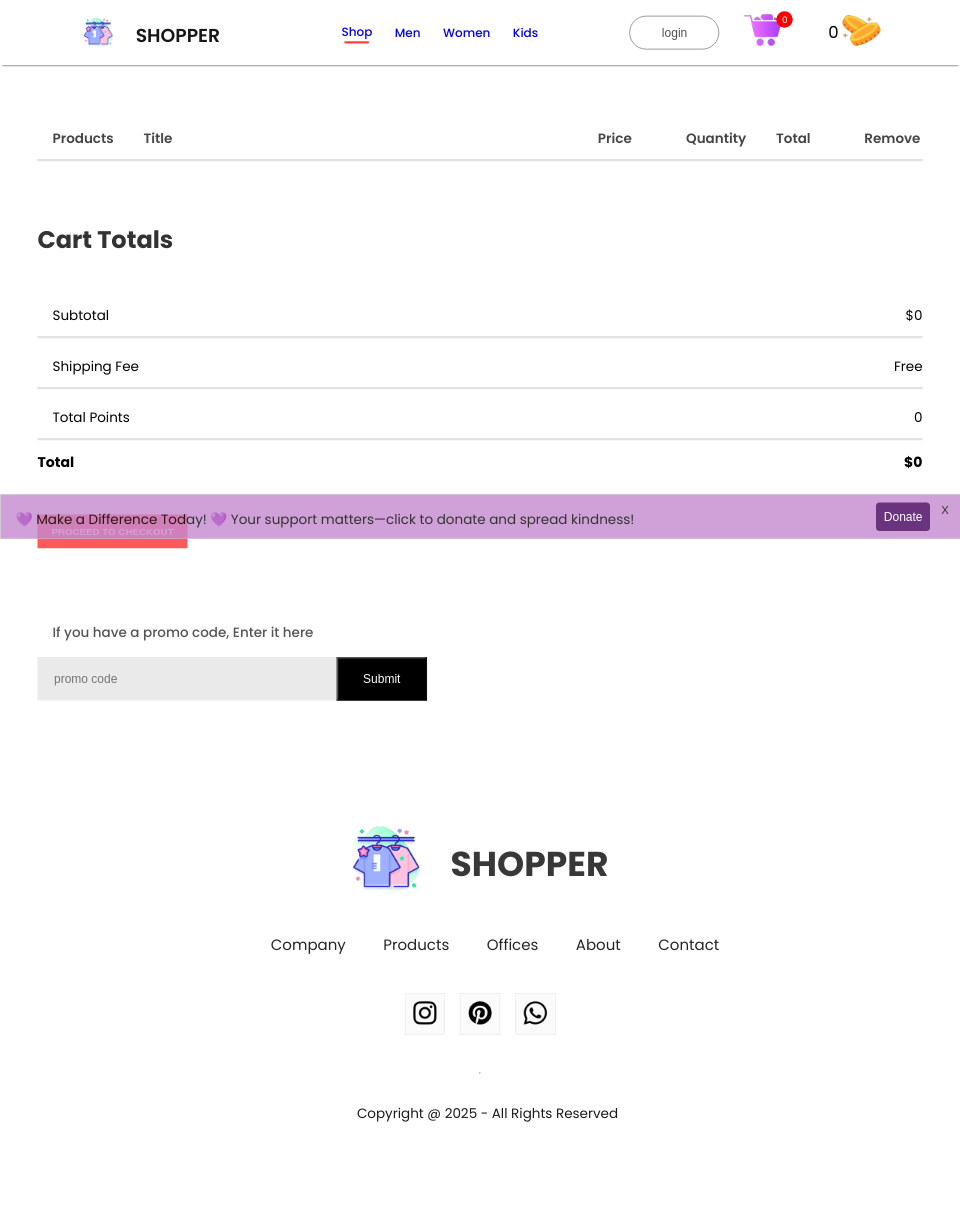
Repository: PayalJakhar/Shoppers-E-commerce-Website
Page: /cart (app in frontend/)
An editor plug-in stored every save of this project. The page is shown before and after the next save, followed by the edit.
The browser window is 1280 px wide. The pictures show the whole page, at 75% of full size.
The page's requests for data from a server got no answer. The project was rebuilt for these pictures with package versions that can differ from the ones it lists, and the page was loaded fresh each time. No one was signed in, and anything a server would have sent is missing. Also part of the build but not shown: frontend/src/App.css, frontend/src/Components/Hero/Hero.css, frontend/src/Components/Hero/Hero.jsx, frontend/src/Components/Popular/Popular.css, frontend/src/Components/Item/Item.css, frontend/src/Components/Item/Item.jsx, frontend/src/Components/Popular/Popular.jsx, frontend/src/Components/Offers/Offers.css and 21 more.

Above is the page before, as saved 2025-02-07 23:30:24.

### frontend/src/index.css
*{
  margin:0;
}
body {
  margin: 0;
  font-family: -apple-system, BlinkMacSystemFont, 'Segoe UI', 'Roboto', 'Oxygen',
    'Ubuntu', 'Cantarell', 'Fira Sans', 'Droid Sans', 'Helvetica Neue',
    sans-serif;
  -webkit-font-smoothing: antialiased;
  -moz-osx-font-smoothing: grayscale;
  font-family:'poppins';
}

code {
  font-family: source-code-pro, Menlo, Monaco, Consolas, 'Courier New',
    monospace;
}

### frontend/src/Components/Navbar/Navbar.jsx
import React, { useContext, useState, useRef } from 'react';
import { Link } from 'react-router-dom';
import './Navbar.css';
import logo from '../Assets/Frontend_Assets/logo.png';
import cart_icon from '../Assets/Frontend_Assets/cart_icon.png';
import coin_icon from '../Assets/Frontend_Assets/coin_icon.png';
import { ShopContext } from '../../Context/ShopContext';
import nav_dropdown from '../Assets/Frontend_Assets/nav_dropdown.png'

export default function Navbar() {
    const [menu, setMenu] = useState('shop');
    const {getTotalCartItems} = useContext(ShopContext);
    const menuRef = useRef();

    const dropdown_toggle = (e) =>{
        menuRef.current.classList.toggle('nav-menu-visible');
        e.target.classList.toggle('open');
    }


    return (
        <div className="navbar">
            <div className="nav-logo">
                <img src={logo} alt="" />
                <p> SHOPPER</p>
            </div>
            <img  className='nav-dropdown' onClick={dropdown_toggle} src={nav_dropdown} alt=""/>
            <ul ref={menuRef} className="nav-menu">
                <li onClick={() => { setMenu('shop') }}><Link style={{textDecoration:'none'}} to='/'>Shop</Link>{menu === 'shop' ? <hr /> : <></>}</li>
                <li onClick={() => { setMenu('mens') }}><Link style={{textDecoration:'none'}} to='/mens'>Men</Link>{menu === 'mens' ? <hr /> : <></>}</li>
                <li onClick={() => { setMenu('women') }}><Link style={{textDecoration:'none'}} to='/women'>Women</Link>{menu === 'women' ? <hr /> : <></>}</li>
                <li onClick={() => { setMenu('kids') }}><Link style={{textDecoration:'none'}} to='/kids'>Kids</Link>{menu === 'kids' ? <hr /> : <></>}</li>
            </ul>
            <div className="nav-login-cart">
                {localStorage.getItem('auth-token')?<button onClick={()=>{localStorage.removeItem('auth-token');window.location.replace('/')}}>Logout</button>:<Link style={{textDecoration:'none'}} to='/login'><button>login</button></Link>}
                <Link style={{textDecoration:'none'}} to='/cart'><img src={cart_icon} alt="" /></Link>
                <div className="nav-cart-count">{getTotalCartItems()}</div>
            </div>
            <div className="nav-coin-count">0</div>
            <div className="nav-login-coin">
            <img src={coin_icon} alt="" />
            </div>
        </div>
    )
}

### frontend/src/Pages/Cart.jsx
import React from 'react'
import CartItems from '../Components/CartItems/CartItems'

export default function Cart() {
  return (
    <div>
      <CartItems/>
    </div>
  )
}

### frontend/src/Components/Footer/Footer.jsx
import React from 'react'
import './Footer.css'
import footer_logo from '../Assets/Frontend_Assets/logo_big.png'
import instagram_icon from '../Assets/Frontend_Assets/instagram_icon.png'
import pintester_icon from '../Assets/Frontend_Assets/pintester_icon.png'
import whatsapp_icon from '../Assets/Frontend_Assets/whatsapp_icon.png'
export default function Footer() {
  return (
    <div className='footer'>
        <div className="footer-logo">
            <img src={footer_logo} alt=""/>
            <p>SHOPPER</p>
        </div>
        <ul className="footer-links">
            <li>Company</li>
            <li>Products</li>
            <li>Offices</li>
            <li>About</li>
            <li>Contact</li>
        </ul>
        <div className="footer-social-icon">
            <div className="footer-icons-container">
                <img src={instagram_icon} alt=""/>
            </div>
            <div className="footer-icons-container">
                <img src={pintester_icon} alt=""/>
            </div>
            <div className="footer-icons-container">
                <img src={whatsapp_icon} alt=""/>
            </div>
        </div>
        <div className="footer-copyright">
            <hr/>
            <p>Copyright @ 2025 - All Rights Reserved</p>
        </div>
    </div>
  )
}

### frontend/src/Components/Donate/Donate.jsx
import React, { useState } from 'react';
import { Link } from 'react-router-dom';
import './Donate.css';

const Donate = () => {
  const [value, setValue] = useState('flex');
  const [isOpen, setIsOpen] = useState(false);

  const openModal = () => {
    setIsOpen(true);
    setValue('none');
  };

  const closeModal = () => {
    setIsOpen(false);
    setValue('flex');
  };

  return (
    <>
      <div className='donates' style={{ display: value }}>
        <p>💜 Make a Difference Today! 💜 Your support matters—click to donate and spread kindness!</p>
        <div className='donate-ins'>
          <button className='paras' onClick={openModal}>Donate</button>
          <button className='texts' onClick={() => setValue('none')}>X</button>
        </div>
      </div>
      {isOpen && (
        <div className="modals">
          <div className="modal-contents">
            <span className="closes" onClick={closeModal}>&times;</span>
            <h2>🌼 Donate & Earn Rewards! 🌼</h2>
            <ul>
              <li>✔ Support a Cause: Your donations go directly to trusted NGOs, making a real impact</li>
              <li>✔ Minimum 5 Items: Donate at least 5 clothes to contribute</li>
              <li>✔ Earn Rewards: Get 100 points per donation—stack up to 500 points to unlock exclusive discounts & coupons!</li>
              <li>✔ Quality Matters: Clothes should have no more than 20% damage—let's keep it wearable for those in need!</li>
              💙 Give. Earn. Save. Start donating today!
            </ul>
            <button className="donate-buttons" onClick={()=>{setValue('none');setIsOpen(false)}}>
              <Link style={{ textDecoration: 'none', color:'white'}} to='/donation'>Donate Now</Link>
            </button>
          </div>
        </div>
      )}
    </>
  );
}

export default Donate;

### frontend/src/Components/Navbar/Navbar.css
.navbar{
    display:flex;
    justify-content:space-around;
    padding:16px;
    box-shadow:0 1px 3px -2px black;
    align-items: center;
}

.nav-logo{
    display:flex;
    align-items:center;
    gap:10px;
}

.nav-logo p{
    color: #171717;
    font-size: 38px;
    font-weight:600;
}

.nav-menu{
    display:flex;
    align-items:center;
    list-style:none;
    gap:50px;
    color: #626262;
    font-size:20px;
    font-weight: 500;
}

.nav-menu li{
    display:flex;
    flex-direction:column;
    align-items:center;
    justify-content:center;
    cursor:pointer;
}

.nav-menu hr{
    border:none;
    width:80%;
    height:3px;
    border-radius:10px;
    background: #FF4141;
}

.nav-login-cart{
    display:flex;
    align-items:center;
    gap:45px;
}

.nav-login-cart button{
    width:157px;
    height:58px;
    outline:none;
    border:1px solid #7a7a7a;
    border-radius:75px;
    color:#515151;
    font-size:20px;
    font-weight:500;
    background:white;
    cursor:pointer;
}

.nav-login-cart button:hover{
    background:#f3f3f3;
}

.nav-cart-count{
    width:22px;
    height:22px;
    display:flex;
    justify-content:center;
    align-items:center;
    margin-top:-35px;
    margin-left:-55px;
    border-radius:11px;
    font-size:14px;
    background:red;
    color:white;
}

.nav-dropdown{
    display: none;
}
.nav-coin-count{
    width:22px;
    height:35px;
    margin-left:-75px;
    margin-right:-125px;
    font-size:22px;
}

.nav-login-coin{
    margin-right:-5px;
}
/* here we are making it responsive for max-width: 1280px */

@media(max-width: 1280px){
    .navbar{
        padding: 12px 50px;
    }

    .nav-logo img{
        width: 40px;
    }
    .nav-logo p{
        font-size: 25px;
    }
    .nav-menu{
        gap: 30px;
        font-size: 16px;
    }
    .nav-login-cart{
        gap: 30px;
    }
    .nav-login-cart button{
        width: 120px;
        height: 45px;
        font-size: 16px;
    }
    .nav-cart-count{
        margin-left: -40px;
        font-size: 12px;
    }
}

@media(max-width: 1024px){
    .navbar{
        padding: 12px 30px;
    }

    .nav-menu{
        gap: 25px;
        font-size: 14px;
    }
    .nav-login-cart button{
        width: 80px;
        height: 35px;
        font-size: 14px;
    }
    .nav-cart-count{
        width: 18px;
        height: 18px;
    }
    .nav-login-cart img{
        width: 30px;
    }
}

@media(max-width: 800px){
    .navbar{
        padding: 10px 0px;
    }

    .nav-dropdown{
        display: block;
        width: 30px;
        rotate: -90deg;
        transition: 0.5s;
    }
    .nav-menu{
        display: none;
        height: 80px;
        width: 100%;
        position: absolute;
        background-color: white;
        justify-content: center;
        top: 50px;
    }
    .nav-menu-visible{
        display: flex;
    }
    .nav-dropdown.open{
        transform: rotate(90deg);
    }
}


@media(max-width: 500px){
    .navbar{
        padding: 8px 0px;
        gap: 0;
    }

    .nav-logo{
       transform: scale(0.8);
    }
    .nav-menu{
        height: 70px;
        top: 50px;
        display: none;
    }
    .nav-login-cart{
        transform: scale(0.8);
    }
    .nav-menu-visible{
        display: flex;
    }
    .nav-dropdown.open{
        transform: rotate(90deg);
    }
}

### frontend/src/Components/CartItems/CartItems.jsx
import React, { useContext } from 'react';
import './CartItems.css';
import { ShopContext } from '../../Context/ShopContext';
import remove_icon from '../Assets/Frontend_Assets/cart_cross_icon.png';

const CartItems = () => {
    const { getTotalCartAmount, all_product, cartItems, removeFromCart } = useContext(ShopContext);
    return (
        <div className='cartitems'>
            <div className="cartitems-format-main">
                <p>Products</p>
                <p>Title</p>
                <p>Price</p>
                <p>Quantity</p>
                <p>Total</p>
                <p>Remove</p>
            </div>
            <hr />
            {all_product.map((e) => {
                if (cartItems[e.id] > 0) {
                    return (
                        <div key={e.id}>
                            <div className="cartiitems-format cartitems-format-main">
                                <img src={e.image} alt="" className='carticon-product-icon' />
                                <p>{e.name}</p>
                                <p>${e.new_price}</p>
                                <button className='cartitems-quantity'>{cartItems[e.id]}</button>
                                <p>${e.new_price * cartItems[e.id]}</p>
                                <img
                                    className='cartitems-remove-icon' src={remove_icon} onClick={() => { removeFromCart(e.id) }} alt="" />
                            </div>
                            <hr />
                        </div>
                    );
                }
                return null;
            })}
            <div className="cartitems-down">
                <div className="cartitems-total">
                    <h1>Cart Totals</h1>
                    <div>
                        <div className="cartitems-total-item">
                            <p>Subtotal</p>
                            <p>${getTotalCartAmount()}</p>
                        </div>
                        <hr />
                        <div className="cartitems-total-item">
                            <p>Shipping Fee</p>
                            <p>Free</p>
                        </div>
                        <hr />
                        <div className="cartitems-total-item">
                            <p>Total Points</p>
                            <p>0</p>
                        </div>
                        <hr />
                        <div className="cartitems-total-item">
                            <h3>Total</h3>
                            <h3>${getTotalCartAmount()}</h3>
                        </div>
                    </div>
                    <button>PROCEED TO CHECKOUT</button>
                </div>
                <div className="cartitems-promocode">
                    <p>If you have a promo code, Enter it here</p>
                    <div className="cartitems-promobox">
                        <input type="text" placeholder='promo code' />
                        <button>Submit</button>
                    </div>
                </div>
                <p></p>
            </div>
        </div>
    );
}

export default CartItems;

### frontend/src/Components/Footer/Footer.css
.footer{
    display: flex;
    flex-direction: column;
    justify-content: center;
    align-items: center;
    gap: 50px;
    margin-bottom:80px;
}

.footer-logo{
    display: flex;
    align-items: center;
    gap: 20px;
}

.footer-logo p{
    color: #383838;
    font-size: 46px;
    font-weight: 700;

}

.footer-links{
    display: flex;
    list-style: none;
    gap: 50px;
    color: #252525;
    font-size: 20px;
}

.footer-links li{
    cursor: pointer;
}

.footer-social-icon{
    display: flex;
    gap: 20px;
}

.footer-icons-container{
    padding: 10px;
    padding-bottom:6px;
    background: #fbfbfb;
    border: 1px solid #ebebeb;
}

.footer-copyright{
    display: flex;
    flex-direction: column;
    align-items: center;
    gap: 30px;
    width: 100%;
    margin-bottom: 30px;
    color: #1a1a1a;
    font-size: 20px;
}

.footer-copyright r{
    width: 80%;
    border: none;
    border-radius: 10px;
    height: 3px;
    background: #c7c7c7;
}

@media(max-width: 800px){
    .footer{
        gap: 20px;
    }
    .footer-lgo{
        gap: 10px;
        align-items: end;
    }
    .footer-logo img{
        width: 40px;
    }
    .footer-logo p{
        font-size: 25px;
    }
    .footer-links{
        font-size: 14px;
        gap: 10px;
    }
    .footer-social-icon img{
        width: 22px;
    }
    .footer-copyright{
        font-size: 13px;
    }
}

### frontend/src/Components/Donate/Donate.css
.donates {
    position: fixed;
    bottom:1px;
    display:flex;
    justify-content:space-between;
    width: 100%;
    background-color: rgb(197, 137, 208);
    padding: 10px 0px 10px 0px;
    border: 1px solid #ccc;
    z-index: 1000;
    opacity:0.8;
    animation: slideInUp 0.9s ease-out forwards;
}

.donate-ins{
    position:relative;
    margin-right:40px;
    display:flex;
    gap:30px;
}

p{
    padding-top:8px;
    margin-left:20px;
    weight:300;
    font-size:18px;
}

.paras {
    padding: 10px;
    margin-right:1px;
    font-size: 16px;
    border: none;
    background-color: #45015d;
    color: white;
    cursor: pointer;
    border-radius: 5px;
}

.texts{
    background-color:transparent;
    border:none;
    position: absolute;
    top: 0;
    right: -30px;
    font-size:15px;
    font-weight:500;
}

.paras:hover{
background-color: #00060a;
}

.texts:hover{
    color:white;
}

.modals {
    display: flex;
    justify-content: center;
    align-items: center;
    position: fixed;
    z-index: 1;
    left: 0;
    right:0;
    bottom:0;
    top: 0;
    width: 100%;
    height: 100%;
    background-color: rgba(0,0,0,0.5);
}

.modal-contents {
    background-color: #fefefe;
    margin: 15% auto;
    padding: 20px;
    border: 1px solid #888;
    width: 80%;
    border-radius: 10px;
    text-align: center;
    box-shadow: 0 4px 8px rgba(0,0,0,0.2);
}

.closes {
    color: #aaa;
    float: right;
    font-size: 28px;
    font-weight: bold;
}

.closes:hover,
.closes:focus {
    color: black;
    text-decoration: none;
    cursor: pointer;
}

.donate-buttons {
    background-color: #802ea5;
    color: white;
    padding: 10px 20px;
    text-align: center;
    text-decoration: none;
    display: inline-block;
    font-size: 16px;
    margin: 15px 2px 0px 2px;
    cursor: pointer;
    border-radius: 5px;
    transition: background-color 0.3s;
    border:none;
}

.donate-buttons:hover {
    background-color: #170122;

}

.open-modal-buttons {
    background-color: #ffebcd;
    color: #333;
    padding: 10px 15px;
    border: none;
    border-radius: 5px;
    cursor: pointer;
    font-size: 16px;
    margin: 20px;
    transition: background-color 0.3s;
}

.modal-contents ul {
    list-style: none;
    padding: 0;
    margin: 0;
}

.modal-contents li {
    display: flex;
    align-items: center;
    gap: 8px;
    padding: 8px 0;
    font-size: 16px;
}


.open-modal-buttons:hover {
    background-color: #f0e68c;
}


@keyframes slideInUp {
    0% {
      transform: translateY(100%);
      opacity: 0;
    }
    100% {
      transform: translateY(0);
      opacity: 0.8;
    }
  }


  @media(max-width:500px){
    .donate{
        height:50px;
        gap:2px;
    }
    p{
        font-size: 10px;
    }
    .para{
        font-size: 13px;
    }
    .text{
        font-size:12px;
    }
}

### frontend/src/Components/CartItems/CartItems.css
.cartitems{
    margin: 100px 70px;
}
.cartitems hr{
    height: 3px;
    background: #e2e2e2;
    border: 0;
}
.cartitems-format-main{
    display: grid;
    grid-template-columns: 0.5fr 2fr 1fr 1fr 1fr 1fr;
    align-items: center;
    gap: 75px;
    padding: 20px 0px;
    color: #454545;
    font-size: 18px;
    font-weight: 600;

}
.cartiitems-format{
    font-size: 17px;
    font-weight: 500;
}
.carticon-product-icon{
    height: 62px;
}
.cartitems-remove-icon{
    width: 15px;
    margin: 0px 40px;
    cursor: pointer;
}
.cartitems-quantity{
    width: 64px;
    height: 50px;
    border: 2px solid #ebebeb;
    background: #fff;
}
.cartitems-down{
    display: flex;
    margin: 100px 0px;
}
.cartitems-total{
    flex: 1;
    display: flex;
    flex-direction: column;
    margin-right: 200px;
    gap: 40px;

}
.cartitems-total-item{
    display: flex;
    justify-content: space-between;
    padding: 15px 0px;
}
.cartitems-total button{
    width: 262px;
    height: 58px;
    outline: none;
    border: none;
    background: #ff5a5a;
    color:white;
    font-size: 16px;
    font-weight: 600;
    cursor: pointer;
}
.cartitems-promocode{
    flex:1;
    display: flex;
    flex-direction: column;
    font-weight: 500;

}
.cartitems-promocode p{
    color:#555;
    margin-top: 10px;
}
.cartitems-promobox{
    width: 504px;
    margin-top: 20px;
    padding-left: 20px;
    height: 58px;
    background: #eaeaea;
}
.cartitems-promobox input{
    border: none;
    outline: none;
    background: transparent;
    font-size: 16px;
    width: 330px;
    height: 50px;
}
.cartitems-promobox button{
    width: 170px;
    height: 58px;
    font-size: 16px;
    background: black;
    color: white;
    cursor: pointer;
}

@media(max-width:1280px){
    .cartitems{
        margin: 60px 50px;
    }

    .cartitems-format-main{
        grid-template-columns: 0.5fr 3fr 0.5fr 0.5fr 0.5fr 0.5fr;
        gap: 20px;
        padding: 15px 0px;
        font-size: 15px;
    }

    .carticon-product-icon{
        height: 50px;
    }

    .cartitems-remove-icon{
        margin: auto;
    }

    .cartitems-quantity{
        width: 40px;
        height: 30px;
    }

    .cartitems-down{

        margin: 80px 0px;

        flex-direction: column;

        gap: 80px;
    }

        .cartitems-total {

        margin: 0px;

        }

        .cartitems-total button{
        max-width: 200px;
        height: 45px;
        font-size: 13px;
        }
        .cartitems-promobox{
        width: auto;
        max-width: 500px;
        }

        .cartitems-promobox input{
            width: 100%;
        }

        .cartitems-promobox button{
            width: 120px;
            margin-left: -125px;
        }

}

@media (max-width:500px){

    .cartitems-format-main{
    display: none;
    grid-template-columns: 0.5fr 3fr 0.5fr;
        gap : 10px;
    }

    .cartitems-format{
    display: grid;
    }
}

Loaded but not shown: frontend/public/index.html (common file); frontend/src/reportWebVitals.js (common file); frontend/src/App.js (38 lines, source omitted); frontend/src/index.js (20 lines, source omitted); frontend/src/Components/Donation/Donation.css (243 lines, source omitted); frontend/src/Context/ShopContext.jsx (115 lines, source omitted)

After the next save:
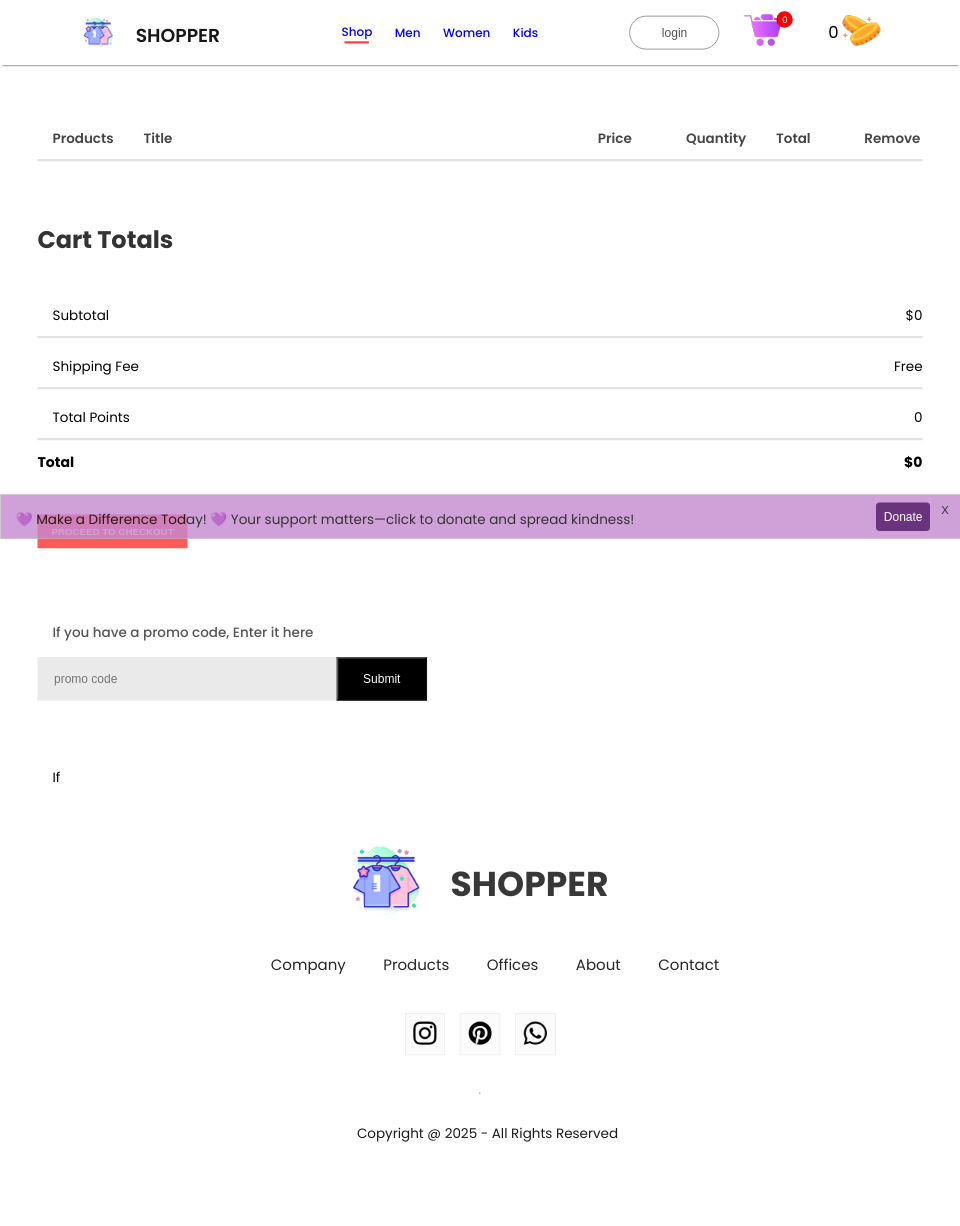
Saved 7 s later.
--- a/frontend/src/Components/CartItems/CartItems.jsx
+++ b/frontend/src/Components/CartItems/CartItems.jsx
@@ -68,7 +68,7 @@ const CartItems = () => {
                         <button>Submit</button>
                     </div>
                 </div>
-                <p></p>
+                <p>If </p>
             </div>
         </div>
     );
